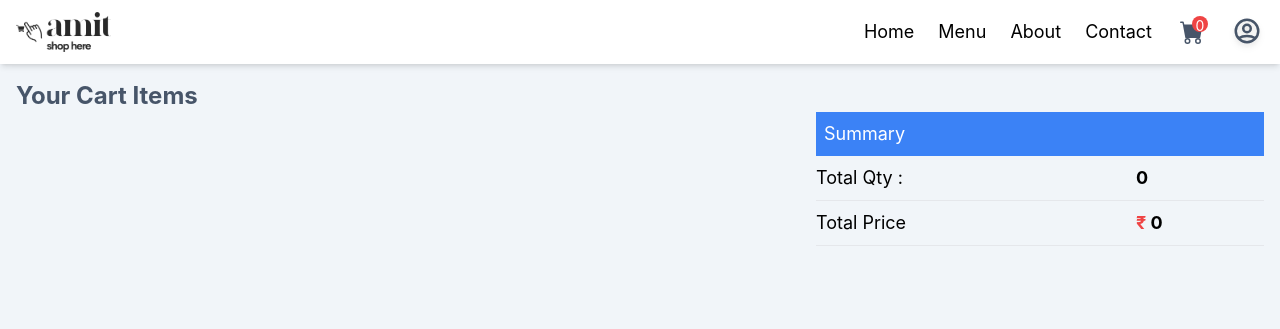
Repository: Lehuyhuynh/Web_ban_hoa_qua
Page: /cart (app in frontend/)
These files come from the project's save history. The page is drawn as it stood at one moment and after the next save; the edit follows.
The browser window is 1280 px wide. The pictures show the whole page.
The page's requests for data from a server got no answer. The project was rebuilt for these pictures with package versions that can differ from the ones it lists, and the page was loaded fresh each time. No one was signed in, and anything a server would have sent is missing. Also part of the build but not shown: frontend/src/component/CardFeature.js, frontend/src/component/HomeCard.js, frontend/src/component/FilterProduct.js, frontend/src/component/AllProduct.js, frontend/src/page/Home.js, frontend/src/page/Menu.js, frontend/src/page/About.js, frontend/src/page/Contact.js and 5 more.

Above is the page before, as saved 2024-01-07 16:32:25.

### frontend/src/index.js
import React from "react";
import ReactDOM from "react-dom/client";
import "./index.css";
import App from "./App";
import reportWebVitals from "./reportWebVitals";
import {
  createBrowserRouter,
  createRoutesFromElements,
  Route,
  RouterProvider,
} from "react-router-dom";

import Home from "./page/Home";
import Menu from "./page/Menu";
import About from "./page/About";
import Contact from "./page/Contact";
import Login from "./page/login";
import NewProduct from "./page/Newproduct";
import Signup from "./page/Signup";
import { store } from "./redux/index";
import { Provider } from "react-redux";
import Cart from "./page/Cart";

const router = createBrowserRouter(
  createRoutesFromElements(
    <Route path="/" element={<App />}>
      <Route index element={<Home />} />
      {/* <Route path="menu" element={<Menu />} /> */}
      <Route path="menu/:filterby" element={<Menu />} />

      <Route path="about" element={<About />} />
      <Route path="contact" element={<Contact />} />
      <Route path="login" element={<Login />} />
      <Route path="newproduct" element={<NewProduct />} />
      <Route path="signup" element={<Signup />} />
      <Route path="cart" element={<Cart />} />
    </Route>
  )
);

const root = ReactDOM.createRoot(document.getElementById("root"));
root.render(
  <Provider store={store}>
    <RouterProvider router={router} />
  </Provider>
);

// If you want to start measuring performance in your app, pass a function
// to log results (for example: reportWebVitals(console.log))
// or send to an analytics endpoint. Learn more: https://bit.ly/CRA-vitals
reportWebVitals();

### frontend/src/App.js
import Header from "./component/Header";
import { Outlet } from "react-router-dom";
import toast, { Toaster } from "react-hot-toast";
import { useEffect } from "react";
import { useDispatch, useSelector } from "react-redux";
import { setDataProduct } from "./redux/productSlide";

function App() {
  const dispatch = useDispatch();
  const productData = useSelector((state) => state.product);

  useEffect(() => {
    (async () => {
      const res = await fetch(`${process.env.REACT_APP_SERVER_DOMIN}/product`);
      const resData = await res.json();
      console.log(1, resData);
      dispatch(setDataProduct(resData));
    })();
  }, []);

  return (
    <>
      <Toaster />
      <div>
        <Header />
        <main className="pt-16 bg-slate-100 min-h-[calc(100vh)]">
          <Outlet />
        </main>
      </div>
    </>
  );
}

export default App;

### frontend/src/redux/index.js
import { configureStore } from "@reduxjs/toolkit";
import userSliceReducer from "./userSlice";
import productSlideReducer from "./productSlide";

export const store = configureStore({
  reducer: {
    user: userSliceReducer,
    product: productSlideReducer,
  },
});

### frontend/src/page/Cart.js
import React from "react";
import { useSelector } from "react-redux";
import CartProduct from "../component/cartProduct";
// import emptyCartImage from "../assest/empty.gif";
// import { toast } from "react-hot-toast";
// import { loadStripe } from "@stripe/stripe-js";
import { useNavigate } from "react-router-dom";

const Cart = () => {
  const productCartItem = useSelector((state) => state.product.cartItem);
  const user = useSelector((state) => state.user);
  const navigate = useNavigate();

  const totalPrice = productCartItem.reduce(
    (acc, curr) => acc + parseInt(curr.total),
    0
  );
  const totalQty = productCartItem.reduce(
    (acc, curr) => acc + parseInt(curr.qty),
    0
  );

  const handlePayment = async () => {
    // if (user.email) {
    //   const stripePromise = await loadStripe(
    //     process.env.REACT_APP_STRIPE_PUBLIC_KEY
    //   );
    //   const res = await fetch(
    //     `${process.env.REACT_APP_SERVER_DOMIN}/create-checkout-session`,
    //     {
    //       method: "POST",
    //       headers: {
    //         "content-type": "application/json",
    //       },
    //       body: JSON.stringify(productCartItem),
    //     }
    //   );
    //   if (res.statusCode === 500) return;
    //   const data = await res.json();
    //   console.log(data);
    //   toast("Redirect to payment Gateway...!");
    //   stripePromise.redirectToCheckout({ sessionId: data });
    // } else {
    //   toast("You have not Login!");
    //   setTimeout(() => {
    //     navigate("/login");
    //   }, 1000);
    // }
  };
  return (
    <>
      <div className="p-2 md:p-4">
        <h2 className="text-lg md:text-2xl font-bold text-slate-600">
          Your Cart Items
        </h2>

        <div className="">
          {/* display cart items */}

          <div className="w-full max-w-3xl ">
            {productCartItem.map((el) => {
              return (
                <CartProduct
                  key={el._id}
                  id={el._id}
                  name={el.name}
                  image={el.image}
                  category={el.category}
                  qty={el.qty}
                  total={el.total}
                  price={el.price}
                />
              );
            })}
          </div>

          {/* total cart item */}
          <div className="w-full max-w-md  ml-auto">
            <h2 className="bg-blue-500 text-white p-2 text-lg">Summary</h2>
            <div className="flex w-full py-2 text-lg border-b">
              <p>Total Qty :</p>
              <p className="ml-auto w-32 font-bold">{totalQty}</p>
            </div>
            <div className="flex w-full py-2 text-lg border-b">
              <p>Total Price</p>
              <p className="ml-auto w-32 font-bold">
                <span className="text-red-500">₹</span> {totalPrice}
              </p>
            </div>
          </div>
        </div>
      </div>
    </>
  );
};

export default Cart;

### frontend/src/component/Header.js
import React, { useState } from "react";
import { Link } from "react-router-dom";
import logo from "../assest/logo .png";
import { HiOutlineUserCircle } from "react-icons/hi";
import { BsCartFill } from "react-icons/bs";
import { useDispatch, useSelector } from "react-redux";
import { logoutRedux } from "../redux/userSlice";
import { toast } from "react-hot-toast";

const Header = () => {
  const [showMenu, setShowMenu] = useState(false);
  const userData = useSelector((state) => state.user);
  const dispatch = useDispatch();

  const handleShowMenu = () => {
    setShowMenu((preve) => !preve);
  };
  const handleLogout = () => {
    dispatch(logoutRedux());
    toast("Logout successfully");
  };

  const cartItemNumber = useSelector((state) => state.product.cartItem);
  return (
    <header className="fixed shadow-md w-full h-16 px-2 md:px-4 z-50 bg-white">
      {/* desktop */}

      <div className="flex items-center h-full justify-between">
        <Link to={""}>
          <div className="h-10">
            <img src={logo} className="h-full" />
          </div>
        </Link>

        <div className="flex items-center gap-4 md:gap-7">
          <nav className="gap-4 md:gap-6 text-base md:text-lg hidden md:flex">
            <Link to={""}>Home</Link>
            <Link to={"menu/6597c58e010c2e971dd750da"}>Menu</Link>
            <Link to={"about"}>About</Link>
            <Link to={"contact"}>Contact</Link>
          </nav>
          <div className="text-2xl text-slate-600 relative">
            <Link to={"cart"}>
              <BsCartFill />
              <div className="absolute -top-1 -right-1 text-white bg-red-500 h-4 w-4 rounded-full m-0 p-0 text-sm text-center ">
                {cartItemNumber.length}
              </div>
            </Link>
          </div>
          <div className=" text-slate-600" onClick={handleShowMenu}>
            <div className="text-3xl cursor-pointer w-8 h-8 rounded-full overflow-hidden drop-shadow-md">
              {userData.image ? (
                <img src={userData.image} className="h-full w-full" />
              ) : (
                <HiOutlineUserCircle />
              )}
            </div>
            {showMenu && (
              <div className="absolute right-2 bg-white py-2  shadow drop-shadow-md flex flex-col min-w-[120px] text-center">
                {userData.email === process.env.REACT_APP_ADMIN_EMAIL && (
                  <Link
                    to={"newproduct"}
                    className="whitespace-nowrap cursor-pointer px-2"
                  >
                    New product
                  </Link>
                )}

                {userData.image ? (
                  <p
                    className="cursor-pointer text-white px-2 bg-red-500"
                    onClick={handleLogout}
                  >
                    Logout ({userData.firstName}){" "}
                  </p>
                ) : (
                  <Link
                    to={"login"}
                    className="whitespace-nowrap cursor-pointer px-2"
                  >
                    Login
                  </Link>
                )}
                <nav className="text-base md:text-lg flex flex-col md:hidden">
                  <Link to={""} className="px-2 py-1">
                    Home
                  </Link>
                  <Link
                    to={"menu/6597c58e010c2e971dd750da"}
                    className="px-2 py-1"
                  >
                    Menu
                  </Link>
                  <Link to={"about"} className="px-2 py-1">
                    About
                  </Link>
                  <Link to={"contact"} className="px-2 py-1">
                    Contact
                  </Link>
                </nav>
              </div>
            )}
          </div>
        </div>
      </div>

      {/* mobile */}
    </header>
  );
};

export default Header;

### frontend/src/redux/productSlide.js
import { createSlice } from "@reduxjs/toolkit";
import { toast } from "react-hot-toast";

const initialState = {
  productList: [],
  cartItem: [],
};

export const productSlice = createSlice({
  name: "product",
  initialState,
  reducers: {
    setDataProduct: (state, action) => {
      console.log(action);
      state.productList = [...action.payload];
    },
    addCartItem: (state, action) => {
      console.log(5, action);
      const check = state.cartItem.some((el) => el._id === action.payload._id);
      if (check) {
        toast("Already Item in Cart");
      } else {
        toast("Item Add successfully");
        const total = action.payload.price;
        state.cartItem = [
          ...state.cartItem,
          { ...action.payload, qty: 1, total: total },
        ];
      }
    },
    deleteCartItem: (state, action) => {
      toast("one Item Delete");
      const index = state.cartItem.findIndex((el) => el._id === action.payload);
      state.cartItem.splice(index, 1);
      console.log(index);
    },
    increaseQty: (state, action) => {
      const index = state.cartItem.findIndex((el) => el._id === action.payload);
      let qty = state.cartItem[index].qty;
      const qtyInc = ++qty;
      state.cartItem[index].qty = qtyInc;

      const price = state.cartItem[index].price;
      const total = price * qtyInc;

      state.cartItem[index].total = total;
    },
    decreaseQty: (state, action) => {
      const index = state.cartItem.findIndex((el) => el._id === action.payload);
      let qty = state.cartItem[index].qty;
      if (qty > 1) {
        const qtyDec = ++qty;
        state.cartItem[index].qty = qtyDec;

        const price = state.cartItem[index].price;
        const total = price * qtyDec;

        state.cartItem[index].total = total;
      }
    },
  },
});

export const {
  setDataProduct,
  addCartItem,
  deleteCartItem,
  increaseQty,
  decreaseQty,
} = productSlice.actions;

export default productSlice.reducer;

### frontend/src/redux/userSlice.js
import { createSlice } from "@reduxjs/toolkit";

const initialState = {
  email: "",
  firstName: "",
  image: "",
  lastName: "",
  _id: "",
};

export const userSlice = createSlice({
  name: "user",
  initialState,
  reducers: {
    loginRedux: (state, action) => {
      console.log(action.payload.data);
      console.log(action);
      // state.user = action.payload.data;
      state._id = action.payload.data._id;
      state.firstName = action.payload.data.firstName;
      state.lastName = action.payload.data.lastName;
      state.email = action.payload.data.email;
      state.image = action.payload.data.image;
    },
    logoutRedux: (state, action) => {
      state._id = "";
      state.firstName = "";
      state.lastName = "";
      state.email = "";
      state.image = "";
    },
  },
});

export const { loginRedux, logoutRedux } = userSlice.actions;

export default userSlice.reducer;

### frontend/tailwind.config.js
/** @type {import('tailwindcss').Config} */
module.exports = {
  content: ["./src/**/*.{html,js}"],
  theme: {
    extend: {},
  },
  plugins: [
    // ...
    require("tailwind-scrollbar")({ nocompatible: true }),
  ],
};

Loaded but not shown: frontend/public/index.html (common file); frontend/src/index.css (common file); frontend/src/reportWebVitals.js (common file)

After the next save:
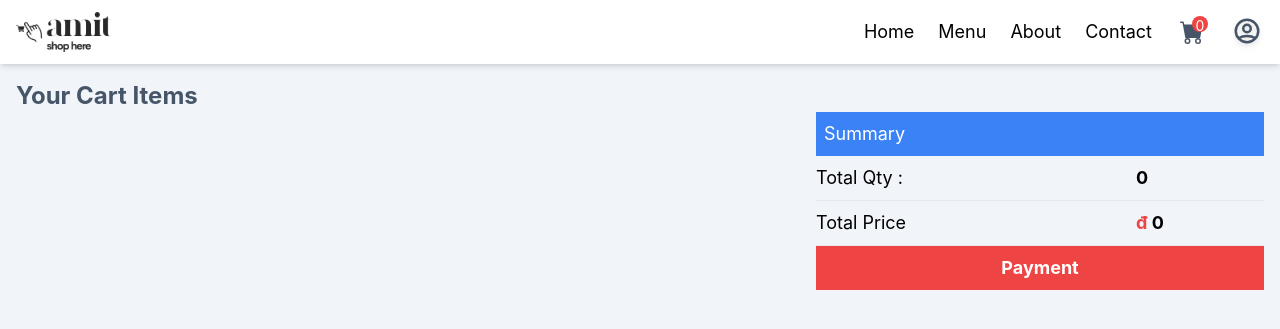
Saved 17 s later.
--- a/frontend/src/page/Cart.js
+++ b/frontend/src/page/Cart.js
@@ -84,9 +84,16 @@ const Cart = () => {
             <div className="flex w-full py-2 text-lg border-b">
               <p>Total Price</p>
               <p className="ml-auto w-32 font-bold">
-                <span className="text-red-500">₹</span> {totalPrice}
+                <span className="text-red-500">đ</span> {totalPrice}
               </p>
             </div>
+
+            <button
+              className="bg-red-500 w-full text-lg font-bold py-2 text-white"
+              onClick={handlePayment}
+            >
+              Payment
+            </button>
           </div>
         </div>
       </div>
